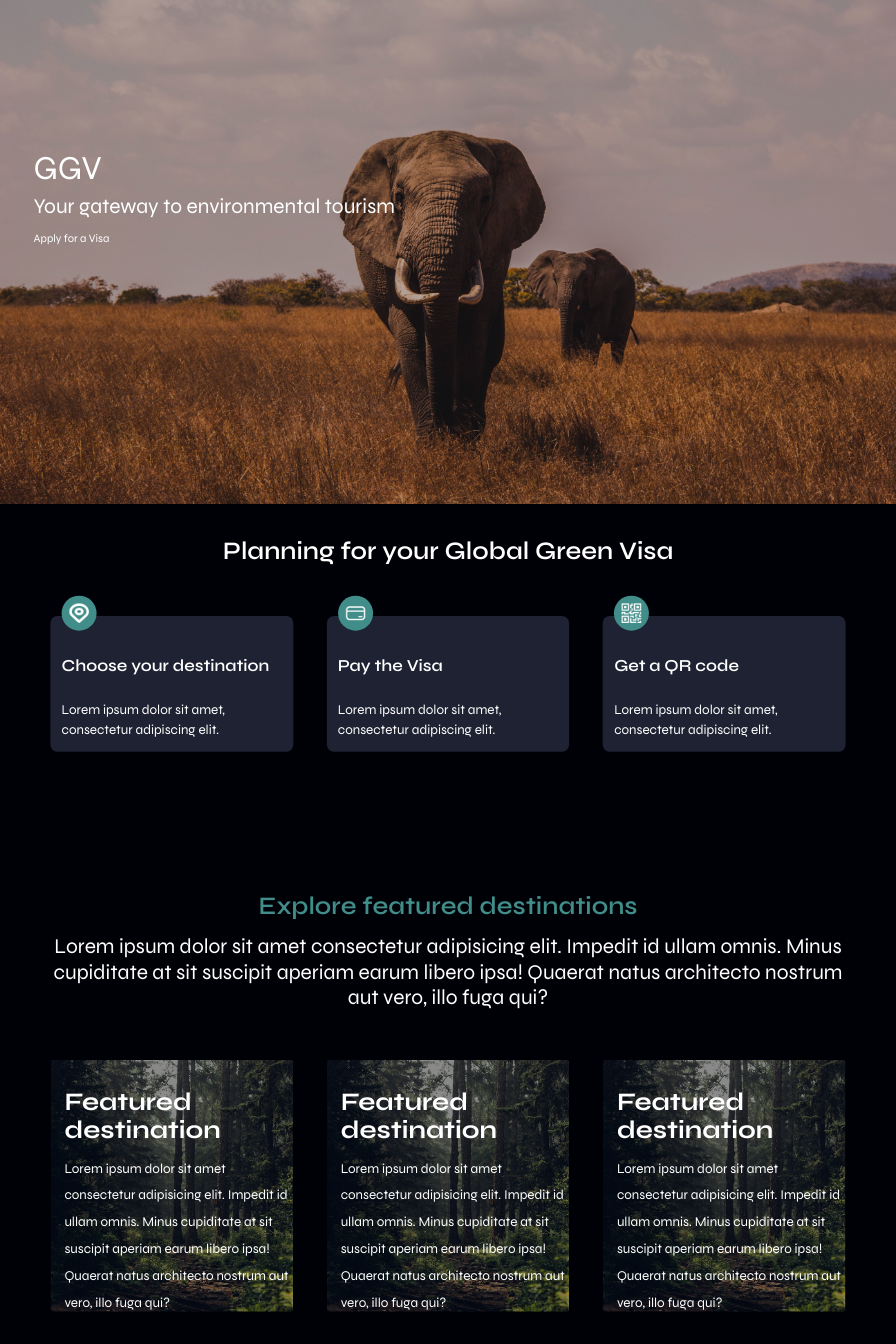
Repository: EngrAhmadUmar/landing-page
Page: /main
These files come from the project's save history. The page is drawn as it stood at one moment and after the next save; the edit follows.
The browser window is 1280 px wide. The pictures show the part of the page from y = 0 to 1920 px (the page is 2716 px tall), at 70% of full size.
The page's requests for data from a server got no answer. The project was rebuilt for these pictures with package versions that can differ from the ones it lists, and the page was loaded fresh each time. The framework's server and built-in components were replaced by stand-ins that run in the browser. No one was signed in, and anything a server would have sent is missing. Also part of the build but not shown: next.config.js, styles/Home.module.css, src/Components/MainPageComponents/AreasOfConservation.jsx.

Above is the page before, as saved 2022-06-29 13:13:12.

### pages/_app.js
import "../styles/globals.css";
import { ApolloClient, InMemoryCache, ApolloProvider } from "@apollo/client";

//apollo clients
const client = new ApolloClient({
  uri: "http://localhost:1337/graphql",
  cache: new InMemoryCache()
});

function MyApp({ Component, pageProps }) {
  return (
    <ApolloProvider client={client}>
      <Component {...pageProps} />
    </ApolloProvider>
  );
}

export default MyApp;

### pages/main.js
import React from "react";
import { gql, ApolloClient, InMemoryCache } from "@apollo/client";
import {
  HeroSection,
  PlanningVisa,
  FeaturedDestination,
  AreasOfConservation,
  Footer
} from "../src/Components/MainPageComponents";

export default function main({ areas }) {
  return (
    <React.Fragment>
      <div className="bg-[#000107] font-syne">
        <HeroSection />
        <PlanningVisa />
        <FeaturedDestination />
        {/* <AreasOfConservation areas={areas} /> */}

        <Footer />
      </div>
    </React.Fragment>
  );
}

// export async function getServerSideProps() {
//   const client = new ApolloClient({
//     uri: "http://localhost:1337/graphql",
//     cache: new InMemoryCache()
//   });

//   const { data } = await client.query({
//     query: gql`
//       query GetInvestmentAreas {
//         conservationAreas {
//           data {
//             id
//             attributes {
//               title
//               short_description
//             }
//           }
//         }
//       }
//     `
//   });

//   console.log("data", data);
//   return {
//     props: {
//       areas: data.conservationAreas.data
//     }
//   };
// }

### styles/globals.css
@import url("https://fonts.googleapis.com/css2?family=Poppins:wght@400;500;600&family=Syne:wght@400;500;600;700&display=swap");

@tailwind base;
@tailwind components;
@tailwind utilities;

### src/Components/MainPageComponents/index.jsx
export { default as HeroSection } from "./HeroSection";
export { default as PlanningVisa } from "./PlanningVisa";
export { default as FeaturedDestination } from "./FeaturedDestinations";
export { default as AreasOfConservation } from "./AreasOfConservation";
export { default as Footer } from "./Footer";

### src/Components/MainPageComponents/HeroSection.jsx
import Image from "next/image";
import Link from "next/link";
import styles from "../../../styles/Home.module.css";
import Head from "next/head";

const HeroSection = () => {
  return (
    <div className="text-white h-[100vh] relative">
      <Head>
        <title>Welcome to GGV</title>
        <meta name="description" content="Welcome to GGV" />
      </Head>
      <div className="absolute h-[100vh] w-[100vw] -z-1 overflow-hidden">
        <Image
          src="/hero.jpg"
          layout="fill"
          objectFit="cover"
          quality={80}
          alt="hero"
          style={{ opacity: 0.7 }}
        />
      </div>
      <div className="absolute ml-[3rem] mt-[30vh] ">
        <h3 className="text-5xl">GGV</h3>
        <h3 className="text-3xl mt-3">Your gateway to environmental tourism</h3>
        <Link href="#">
          <button className="mt-4">Apply for a Visa</button>
        </Link>
      </div>
    </div>
  );
};

export default HeroSection;

### src/Components/MainPageComponents/PlanningVisa.jsx
import React from "react";
import styles from "../../../styles/Home.module.css";
import VisaDesc from "./VisaDesc";
const PlanningVisa = () => {
  return (
    <div className="font-syne flex justify-center text-white">
      <div className="mt-[3rem] max-w-[90vw]">
        <div className="">
          <h3
            className={`${
              styles.headings
            }  ${"text-center text-3xl md:text-4xl  font-semibold"}`}
          >
            Planning for your Global Green Visa
          </h3>
        </div>
        <div className=" mt-16 grid grid-cols-1 p-2 gap-12 md:grid-cols-3">
          <VisaDesc
            title="Choose your destination"
            description="Lorem ipsum dolor sit amet, consectetur adipiscing elit."
            icon="/icons/location_icon.png"
          />
          <VisaDesc
            title="Pay the Visa"
            description="Lorem ipsum dolor sit amet, consectetur adipiscing elit."
            icon="/icons/pay_icon.png"
          />
          <VisaDesc
            title="Get a QR code"
            description="Lorem ipsum dolor sit amet, consectetur adipiscing elit."
            icon="/icons/bi_qr-code.png"
          />
        </div>

        <p className="text-center mt-8 px-4 leading-loose text-[1.3rem] md:text-[1.5rem] lg:text-[2rem] lg:px-[4rem]"></p>
      </div>
    </div>
  );
};

export default PlanningVisa;

### src/Components/MainPageComponents/FeaturedDestinations.jsx
import React from "react";
import DestinationCard from "./DestinationCard";
import Link from "next/link";
import { useQuery, gql } from "@apollo/client";

const featuredDestinations = gql`
  query GetfeaturedDestinations {
    futureDestinations {
      data {
        id
        attributes {
          title
          short_description
        }
      }
    }
  }
`;

// componentDidMount, ComponentDidUpdate, ComponentDIdRemove

const FeaturedDestinations = () => {
  try {
    const { loading, error, data } = useQuery(featuredDestinations);
    if (loading) return <p>Loading...</p>;
    if (error) {
      console.log("couldn't fetch");
      console.log(error);
    } else {
      destinations = data.futureDestinations.data;
    }
  } catch (error) {
    console.log("couldn't fetch");
    console.log(error);
  }

  return (
    <div className="bg-[#000107] font-syne flex justify-center text-center text-white mt-[2rem]">
      <div className="mt-[1rem] max-w-[90vw]">
        <div className="">
          <h3 className="text-3xl lg:text-4xl mt-[7rem] text-[#418D89] font-semibold">
            Explore featured destinations
          </h3>
        </div>
        <p className="mt-5 leading-loose text-lg lg:text-2xl xl:text-3xl ">
          Lorem ipsum dolor sit amet consectetur adipisicing elit. Impedit id
          ullam omnis. Minus cupiditate at sit suscipit aperiam earum libero
          ipsa! Quaerat natus architecto nostrum aut vero, illo fuga qui?
        </p>

        <div className="grid grid-cols-1 p-2 gap-12 mt-[4rem] md:grid-cols-2 lg:grid-cols-3 ">
          {destinations.map((destination) => {
            return (
              <DestinationCard
                title={destination.title}
                short_description={destination.short_description}
              />
            );
          })}
        </div>
        {/* We will uncomment this one just a litle bit later when we have the content for that page */}

        {/* <button className="bg-[#418d89] py-2 rounded-lg mt-8 mb-3">
          <Link href="#">
            <a className="px-8 py-1 text-lg md:text-2xl">see more</a>
          </Link>
        </button> */}
      </div>
    </div>
  );
};

let destinations = [
  {
    title: "Featured destination",
    short_description:
      "Lorem ipsum dolor sit amet consectetur adipisicing elit. Impedit id ullam omnis. Minus cupiditate at sit suscipit aperiam earum libero ipsa! Quaerat natus architecto nostrum aut vero, illo fuga qui?"
  },
  {
    title: "Featured destination",
    short_description:
      "Lorem ipsum dolor sit amet consectetur adipisicing elit. Impedit id ullam omnis. Minus cupiditate at sit suscipit aperiam earum libero ipsa! Quaerat natus architecto nostrum aut vero, illo fuga qui?"
  },
  {
    title: "Featured destination",
    short_description:
      "Lorem ipsum dolor sit amet consectetur adipisicing elit. Impedit id ullam omnis. Minus cupiditate at sit suscipit aperiam earum libero ipsa! Quaerat natus architecto nostrum aut vero, illo fuga qui?"
  },
  {
    title: "Featured destination",
    short_description:
      "Lorem ipsum dolor sit amet consectetur adipisicing elit. Impedit id ullam omnis. Minus cupiditate at sit suscipit aperiam earum libero ipsa! Quaerat natus architecto nostrum aut vero, illo fuga qui?"
  }
];

export default FeaturedDestinations;

### src/Components/MainPageComponents/Footer.jsx
import React from "react";
import Head from "next/head";
import Image from "next/image";
import Instagram from "../../../public/instagram.png";
import Twitter from "../../../public/twitter.png";
import LinkedIn from "../../../public/linkedin.png";

const Footer = () => {
  return (
    <div className="bg-[#000107] text-center font-syne mt-[5rem] flex flex-col justify-center items-center text-white">
      <Head>
        <title>Stay In Touch</title>
        <meta
          name="keywords"
          content="social media, stay in touch, reach out, ggv, global green visa"
        />
      </Head>
      <div className="top-[20%] px-8">
        <h1 className="text-[#418D89] font-semibold text-[33px] md:text-[2.4rem] ">
          Stay in touch
        </h1>
        <p className="font-normal text-[1.5rem] mt-5 md:text-[1.8rem] ">
          Keep in touch with us on our social media pages
        </p>
      </div>

      <div className="flex justify-between gap-6 mt-[5rem]">
        <Image src={Instagram} alt="Instagram" width={46} height={46} />
        <Image src={Twitter} alt="Instagram" width={46} height={46} />
        <Image src={LinkedIn} alt="Instagram" width={46} height={46} />
      </div>
      <div className=" font-semibold flex justify-center items-center gap-5 mt-[3rem] mb-6">
        <div className="text-md border-white border-solid border-2 rounded-full w-5 h-5 flex justify-center items-center">
          C
        </div>
        <div className="text-xs md:text-lg">All rights reserved 2022 GGV</div>
      </div>
    </div>
  );
};

export default Footer;

### src/Components/MainPageComponents/VisaDesc.jsx
import React from "react";

const VisaDesc = ({ icon, title, description }) => {
  return (
    <section className=" py-4 px-4 bg-[#1F2232] rounded-[10px] ">
      <div className="rounded-[50%] bg-[#418d89] w-[50px] h-[50px] my-[-45px] absolute z-10 flex justify-center align-center">
        <img src={icon} alt="" width={28} className="my-auto" />
      </div>
      <h5 className="mt-10 mb-8 text-2xl font-semibold">{title}</h5>
      <p className="text-[1rem] md:text-[1rem] lg:text-[1.2rem]">
        {description}
      </p>
    </section>
  );
};

export default VisaDesc;

// this is the component which accepts the icon, title and the desc as props
/* Pay the Visa */

### src/Components/MainPageComponents/DestinationCard.jsx
import React from "react";
import Image from "next/image";
import destinationPic from "../../../public/sample-pic.jpeg";

const DestinationCard = ({ title, short_description }) => {
  return (
    <div className="relative h-[50vh] w-full ">
      <Image
        className="rounded opacity-60"
        layout="fill"
        objectFit="cover"
        src={destinationPic}
      />
      <div className="text-left absolute top-10 left-5">
        <h3 className="text-2xl font-bold xl:text-4xl">{title}</h3>
        <p className="mt-4 leading-loose text-[1rem] lg:text-[1.2rem]">
          {short_description}
        </p>
      </div>
    </div>
  );
};

export default DestinationCard;

// this is the card which accepts the destination title etc as props and will be reused later in FeaturedDestination component

### tailwind.config.js
/** @type {import('tailwindcss').Config} */
module.exports = {
  content: [
    "./pages/**/*.{js,ts,jsx,tsx}",
    "./components/**/*.{js,ts,jsx,tsx}",
    "./src/Components/**/*.{js,ts,jsx,tsx}"
  ],
  theme: {
    extend: {
      colors: {
        black: "#000107"
      },
      fontFamily: {
        syne: ["Syne"]
      }
    }
  },
  plugins: []
};

Loaded but not shown: pages/api/checkout_sessions.js (no copy from this time; the picture is the same without it); pages/api/email.js (no copy from this time; the picture is the same without it)

After the next save:
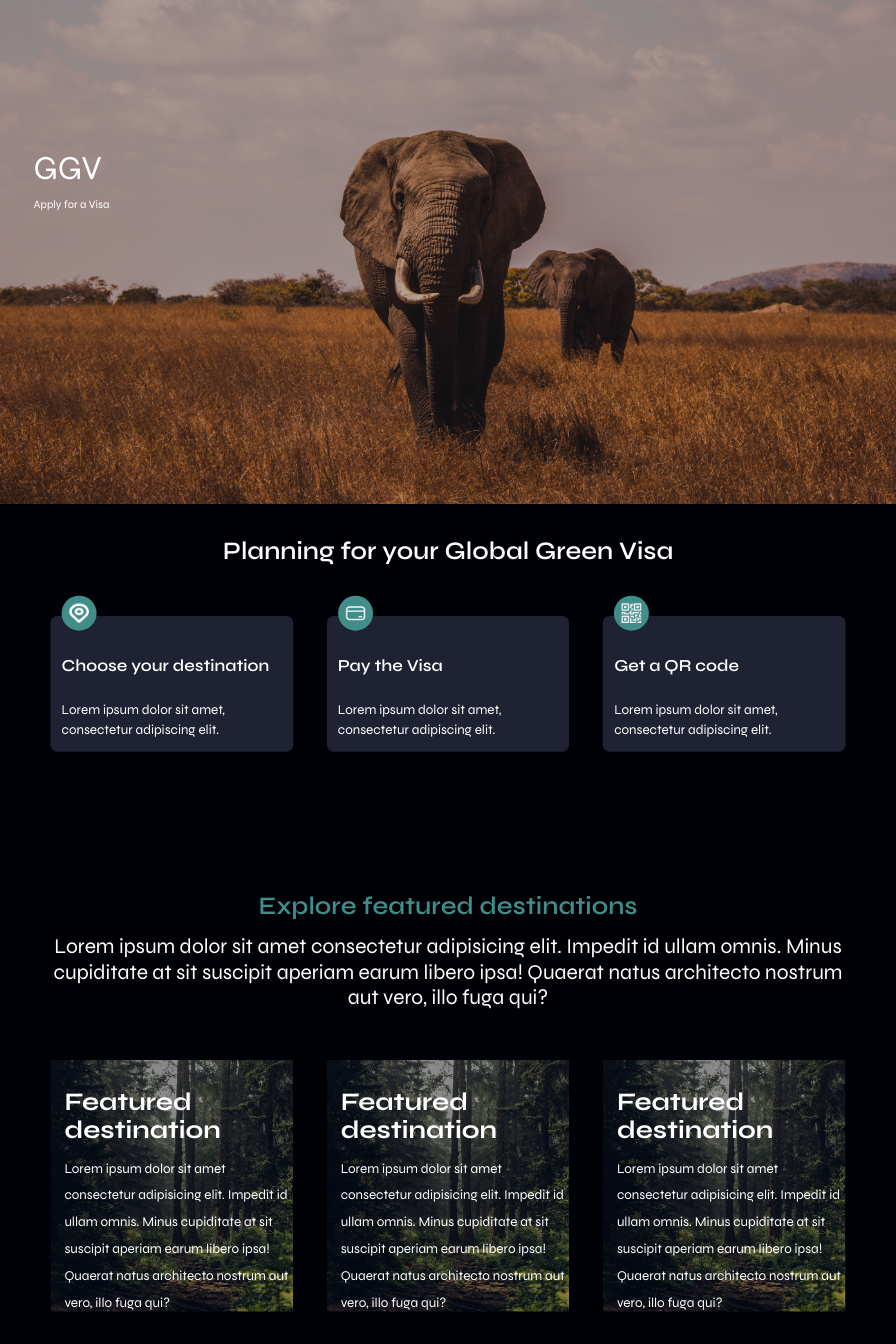
Saved 6 min 21 s later.
--- a/src/Components/MainPageComponents/HeroSection.jsx
+++ b/src/Components/MainPageComponents/HeroSection.jsx
@@ -22,7 +22,10 @@ const HeroSection = () => {
       </div>
       <div className="absolute ml-[3rem] mt-[30vh] ">
         <h3 className="text-5xl">GGV</h3>
-        <h3 className="text-3xl mt-3">Your gateway to environmental tourism</h3>
+        <h3 dataText="Your gateway">
+          <span datatype=""></span>
+        </h3>
+        {/* <h3 className="text-3xl mt-3">Your gateway to environmental tourism</h3> */}
         <Link href="#">
           <button className="mt-4">Apply for a Visa</button>
         </Link>
